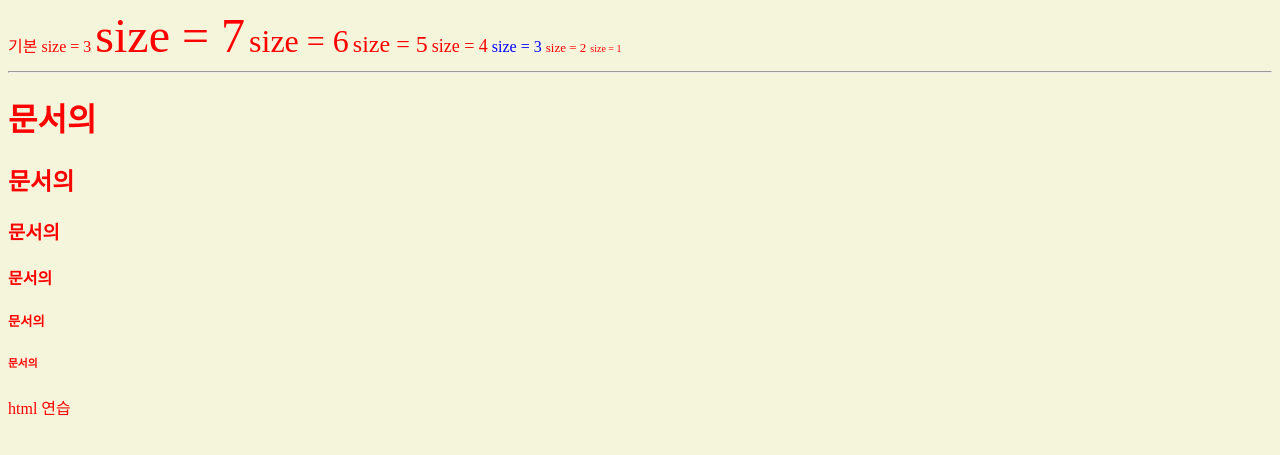
Repository: cleangggg/front
Page: html/ex03.html
These files come from the project's save history. The page is drawn as it stood at one moment and after a run of saves; the edit follows.
The browser window is 1280 px wide. The pictures show the whole page.

Above is the page before, as saved 2023-05-22 03:58:52.

### html/ex03.html
<!DOCTYPE html>
<html>
<head>
<meta charset="UTF-8">
<title>Insert title here</title>
</head>
<!-- <body text = "white" bgcolor = "black"> -->
<body style="color: red; background: beige">
	<font>기본 size = 3 </font>
	<font size="7">size = 7</font>
	<font size="6">size = 6</font>
	<font size="5">size = 5</font>
	<font size="4">size = 4</font>
	<font size="3" face="궁서체" color="blue">size = 3</font>
	<font size="2">size = 2</font>
	<font size="1">size = 1</font>
<hr>
	<h1>문서의</h1>
	<h2>문서의</h2>
	<h3>문서의</h3>
	<h4>문서의</h4>
	<h5>문서의</h5>
	<h6>문서의</h6>

	html 연습

</body>
</html>

After the next 2 saves:
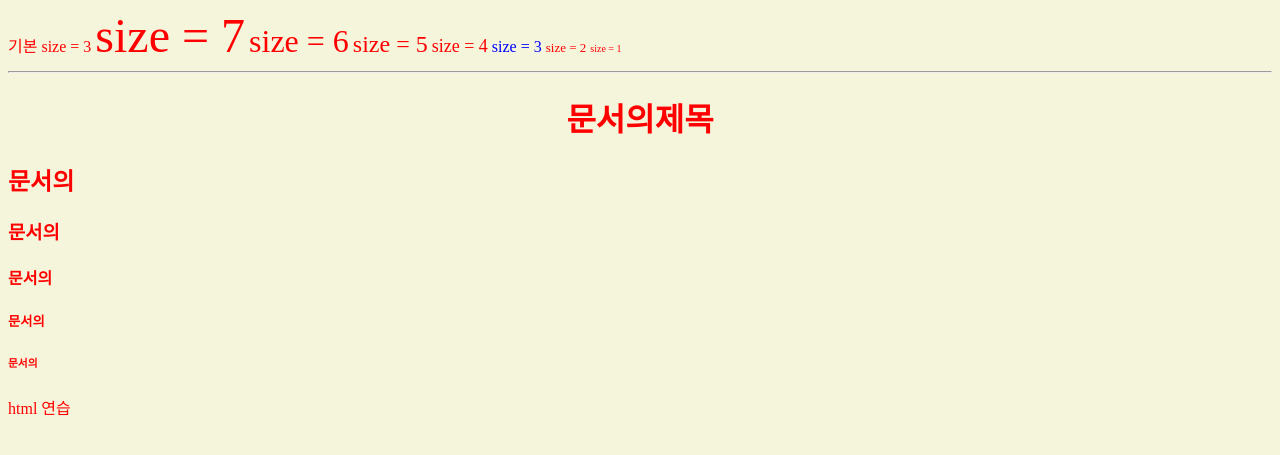
The 2 saves are shown as one change because they came seconds apart.
The last was saved 88 s later.
--- a/html/ex03.html
+++ b/html/ex03.html
@@ -15,7 +15,7 @@
 	<font size="2">size = 2</font>
 	<font size="1">size = 1</font>
 <hr>
-	<h1>문서의</h1>
+	<h1 align ="center">문서의제목</h1>
 	<h2>문서의</h2>
 	<h3>문서의</h3>
 	<h4>문서의</h4>
